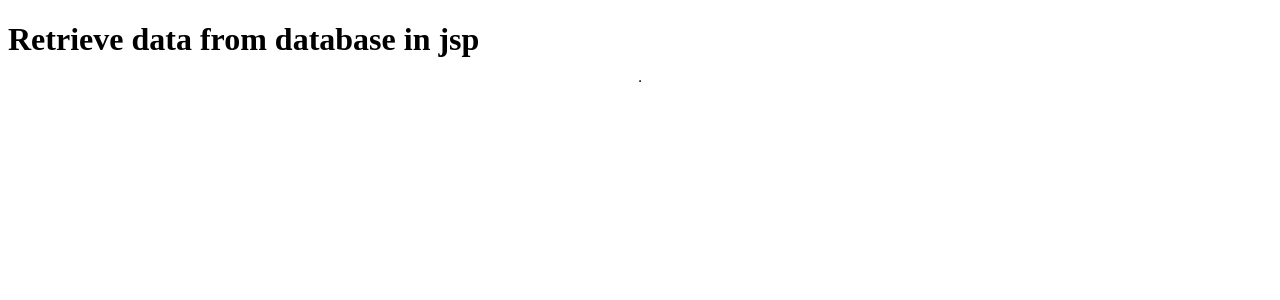
Repository: a18wheeler/TCS-Edison
Page: http://localhost/DTH1/update.jsp
These files come from the project's save history. The page is drawn as it stood at one moment and after the next save; the edit follows.
The browser window is 1280 px wide. The pictures show the whole page.
The page is served by Tomcat 9. Queries for data that is not in the repository find no rows.

Above is the page before, as saved 2019-10-16 14:53:10.

After the next save:
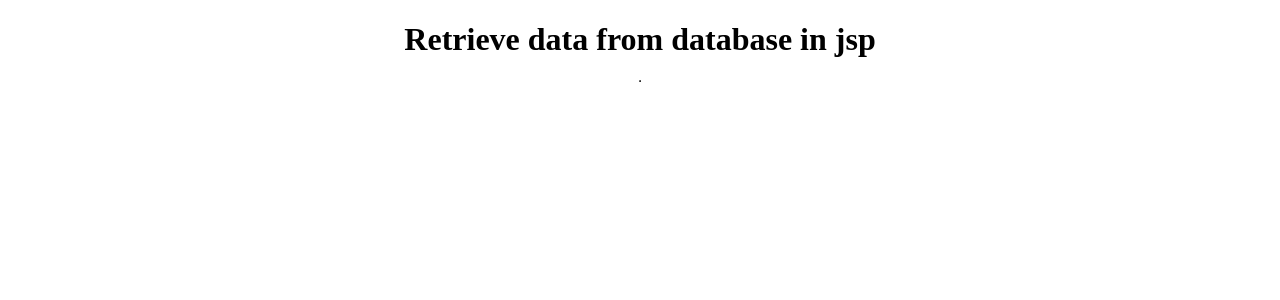
Saved 16 s later.
--- a/playground/DTH1/WebContent/update.jsp
+++ b/playground/DTH1/WebContent/update.jsp
@@ -24,7 +24,7 @@ ResultSet resultSet = null;
 %>
 <html>
 <body>
-<h1>Retrieve data from database in jsp</h1>
+<h1 align="center">Retrieve data from database in jsp</h1>
 <div align="center">
 <table border="1">
 
